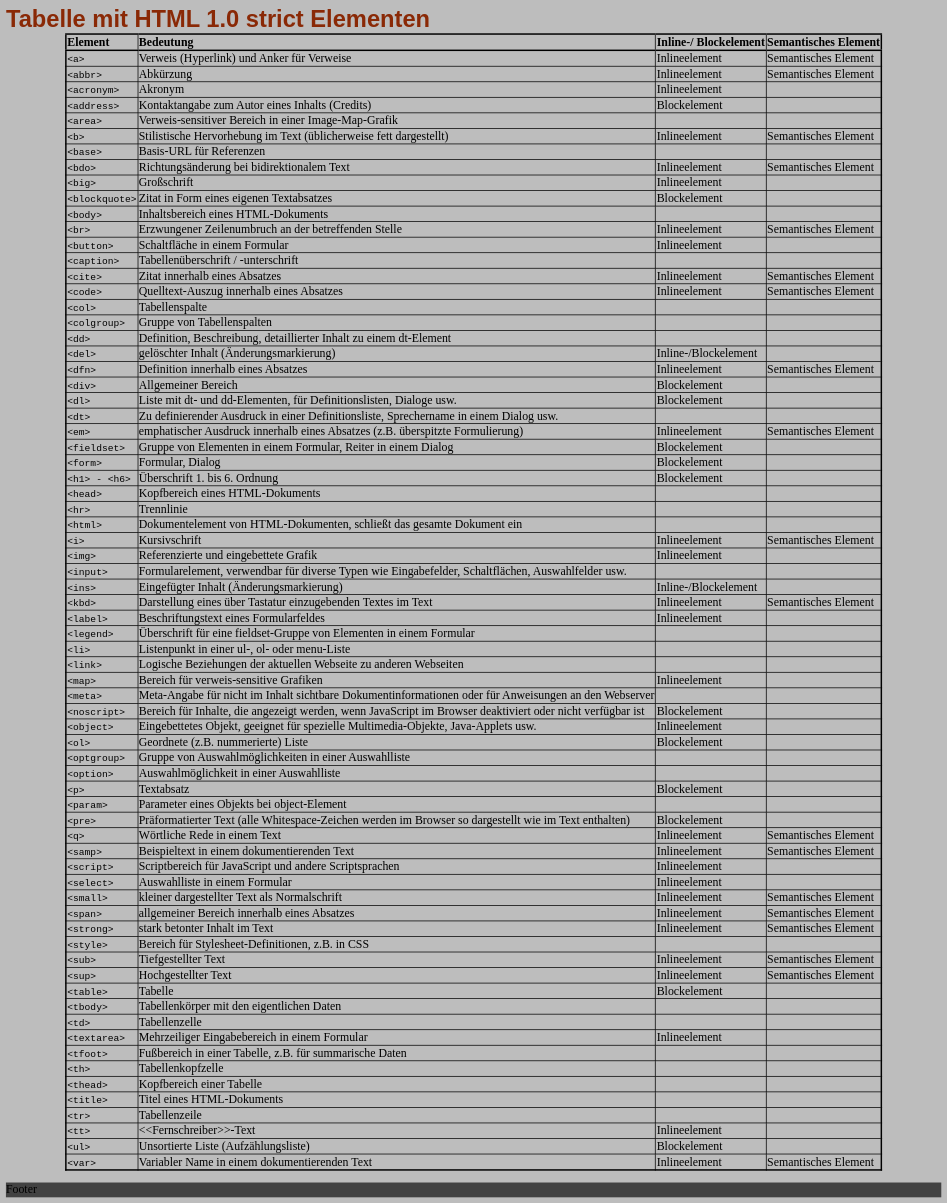
Repository: pLurchi/MyWebengineeringRepo
Page: RemoteSystemsTempFiles/HA-Kapitel06/WebContent/index.html
An editor plug-in stored every save of this project. The page is shown before and after the next save, followed by the edit.
The browser window is 1280 px wide. The pictures show the whole page, at 74% of full size.

Above is the page before, as saved 2013-11-30 10:14:05.

### RemoteSystemsTempFiles/HA-Kapitel06/WebContent/index.html
<?xml version="1.0" encoding="UTF-8" ?>
<!DOCTYPE html PUBLIC "-//W3C//DTD XHTML 1.0 Strict//EN" "http://www.w3.org/TR/xhtml1/DTD/xhtml1-strict.dtd">
<html xmlns="http://www.w3.org/1999/xhtml">
<head>
<meta http-equiv="Content-Type" content="text/html; charset=UTF-8" />
<link type="text/css" rel="stylesheet" href="CSS/stylesheet.css" />

<title>HA-Kapitel06</title>
</head>
<body>

<div id="headerdiv">
	<h1>Tabelle mit HTML 1.0 strict Elementen</h1>
</div>

<div id="bodydiv">
	<table class="wiki-content-table">

		<colgroup>
    		<col width="1*" />
    		<col width="4*" />
    		<col width="1*" />
		    <col width="1*" />
  		</colgroup>

		<tr>
			<th>Element</th>
			<th>Bedeutung</th>
			<th>Inline-/ Blockelement</th>
			<th>Semantisches Element</th>
		</tr>

		<tr>
			<td><tt>&lt;a&gt;</tt></td>
			<td>Verweis (Hyperlink) und Anker für Verweise</td>
			<td>Inlineelement</td>
			<td>Semantisches Element</td>
		</tr>
		<tr>
			<td><tt>&lt;abbr&gt;</tt></td>
			<td>Abkürzung</td>
			<td>Inlineelement</td>
			<td>Semantisches Element</td>
		</tr>
		<tr>
			<td><tt>&lt;acronym&gt;</tt></td>
			<td>Akronym</td>
			<td>Inlineelement</td>
			<td></td>
		</tr>
		<tr>
			<td><tt>&lt;address&gt;</tt></td>
			<td>Kontaktangabe zum Autor eines Inhalts (Credits)</td>
			<td>Blockelement</td>
			<td></td>
		</tr>
		<tr>
			<td><tt>&lt;area&gt;</tt></td>
			<td>Verweis-sensitiver Bereich in einer Image-Map-Grafik</td>
			<td></td>
			<td></td>
		</tr>
		<tr>
			<td><tt>&lt;b&gt;</tt></td>
			<td>Stilistische Hervorhebung im Text (üblicherweise fett dargestellt)</td>
			<td>Inlineelement</td>
			<td>Semantisches Element</td>
		</tr>
		<tr>
			<td><tt>&lt;base&gt;</tt></td>
			<td>Basis-URL für Referenzen</td>
			<td></td>
			<td></td>
		</tr>
		<tr>
			<td><tt>&lt;bdo&gt;</tt></td>
			<td>Richtungsänderung bei bidirektionalem Text</td>
			<td>Inlineelement</td>
			<td>Semantisches Element</td>
		</tr>
		<tr>
			<td><tt>&lt;big&gt;</tt></td>
			<td>Großschrift</td>
			<td>Inlineelement</td>
			<td></td>
		</tr>
		<tr>
			<td><tt>&lt;blockquote&gt;</tt></td>
			<td>Zitat in Form eines eigenen Textabsatzes</td>
			<td>Blockelement</td>
			<td></td>
		</tr>
		<tr>
			<td><tt>&lt;body&gt;</tt></td>
			<td>Inhaltsbereich eines HTML-Dokuments</td>
			<td></td>
			<td></td>
		</tr>
		<tr>
			<td><tt>&lt;br&gt;</tt></td>
			<td>Erzwungener Zeilenumbruch an der betreffenden Stelle</td>
			<td>Inlineelement</td>
			<td>Semantisches Element</td>
		</tr>
		<tr>
			<td><tt>&lt;button&gt;</tt></td>
			<td>Schaltfläche in einem Formular</td>
			<td>Inlineelement</td>
			<td></td>
		</tr>
		<tr>
			<td><tt>&lt;caption&gt;</tt></td>
			<td>Tabellenüberschrift / -unterschrift</td>
			<td></td>
			<td></td>
		</tr>
		<tr>
			<td><tt>&lt;cite&gt;</tt></td>
			<td>Zitat innerhalb eines Absatzes</td>
			<td>Inlineelement</td>
			<td>Semantisches Element</td>
		</tr>
		<tr>
			<td><tt>&lt;code&gt;</tt></td>
			<td>Quelltext-Auszug innerhalb eines Absatzes</td>
			<td>Inlineelement</td>
			<td>Semantisches Element</td>
		</tr>
		<tr>
			<td><tt>&lt;col&gt;</tt></td>
			<td>Tabellenspalte</td>
			<td></td>
			<td></td>
		</tr>
		<tr>
			<td><tt>&lt;colgroup&gt;</tt></td>
			<td>Gruppe von Tabellenspalten</td>
			<td></td>
			<td></td>
		</tr>
		<tr>
			<td><tt>&lt;dd&gt;</tt></td>
			<td>Definition, Beschreibung, detaillierter Inhalt zu einem dt-Element</td>
			<td></td>
			<td></td>
		</tr>
		<tr>
			<td><tt>&lt;del&gt;</tt></td>
			<td>gelöschter Inhalt (Änderungsmarkierung)</td>
			<td>Inline-/Blockelement</td>
			<td></td>
		</tr>
		<tr>
			<td><tt>&lt;dfn&gt;</tt></td>
			<td>Definition innerhalb eines Absatzes</td>
			<td>Inlineelement</td>
			<td>Semantisches Element</td>
		</tr>
		<tr>
			<td><tt>&lt;div&gt;</tt></td>
			<td>Allgemeiner Bereich</td>
			<td>Blockelement</td>
			<td></td>
		</tr>
		<tr>
			<td><tt>&lt;dl&gt;</tt></td>
			<td>Liste mit dt- und dd-Elementen, für Definitionslisten, Dialoge usw.</td>
			<td>Blockelement</td>
			<td></td>
		</tr>
		<tr>
			<td><tt>&lt;dt&gt;</tt></td>
			<td>Zu definierender Ausdruck in einer Definitionsliste, Sprechername in einem Dialog usw.</td>
			<td></td>
			<td></td>
		</tr>
		<tr>
			<td><tt>&lt;em&gt;</tt></td>
			<td>emphatischer Ausdruck innerhalb eines Absatzes (z.B. überspitzte Formulierung)</td>
			<td>Inlineelement</td>
			<td>Semantisches Element</td>
		</tr>
		<tr>
			<td><tt>&lt;fieldset&gt;</tt></td>
			<td>Gruppe von Elementen in einem Formular, Reiter in einem Dialog</td>
			<td>Blockelement</td>
			<td></td>
		</tr>
		<tr>
			<td><tt>&lt;form&gt;</tt></td>
			<td>Formular, Dialog</td>
			<td>Blockelement</td>
			<td></td>
		</tr>
		<tr>
			<td><tt>&lt;h1&gt; - &lt;h6&gt;</tt></td>
			<td>Überschrift 1. bis 6. Ordnung</td>
			<td>Blockelement</td>
			<td></td>
		</tr>
		<tr>
			<td><tt>&lt;head&gt;</tt></td>
			<td>Kopfbereich eines HTML-Dokuments</td>
			<td></td>
			<td></td>
		</tr>
		<tr>
			<td><tt>&lt;hr&gt;</tt></td>
			<td>Trennlinie</td>
			<td></td>
			<td></td>
		</tr>
		<tr>
			<td><tt>&lt;html&gt;</tt></td>
			<td>Dokumentelement von HTML-Dokumenten, schließt das gesamte Dokument ein</td>
			<td></td>
			<td></td>
		</tr>
		<tr>
			<td><tt>&lt;i&gt;</tt></td>
			<td>Kursivschrift</td>
			<td>Inlineelement</td>
			<td>Semantisches Element</td>
		</tr>
		<tr>
			<td><tt>&lt;img&gt;</tt></td>
			<td>Referenzierte und eingebettete Grafik</td>
			<td>Inlineelement</td>
			<td></td>
		</tr>
		<tr>
			<td><tt>&lt;input&gt;</tt></td>
			<td>Formularelement, verwendbar für diverse Typen wie Eingabefelder, Schaltflächen, Auswahlfelder usw.</td>
			<td></td>
			<td></td>
		</tr>
		<tr>
			<td><tt>&lt;ins&gt;</tt></td>
			<td>Eingefügter Inhalt (Änderungsmarkierung)</td>
			<td>Inline-/Blockelement</td>
			<td></td>
		</tr>
		<tr>
			<td><tt>&lt;kbd&gt;</tt></td>
			<td>Darstellung eines über Tastatur einzugebenden Textes im Text</td>
			<td>Inlineelement</td>
			<td>Semantisches Element</td>
		</tr>
		<tr>
			<td><tt>&lt;label&gt;</tt></td>
			<td>Beschriftungstext eines Formularfeldes</td>
			<td>Inlineelement</td>
			<td></td>
		</tr>
		<tr>
			<td><tt>&lt;legend&gt;</tt></td>
			<td>Überschrift für eine fieldset-Gruppe von Elementen in einem Formular</td>
			<td></td>
			<td></td>
		</tr>
		<tr>
			<td><tt>&lt;li&gt;</tt></td>
			<td>Listenpunkt in einer ul-, ol- oder menu-Liste</td>
			<td></td>
			<td></td>
		</tr>
		<tr>
			<td><tt>&lt;link&gt;</tt></td>
			<td>Logische Beziehungen der aktuellen Webseite zu anderen Webseiten</td>
			<td></td>
			<td></td>
		</tr>
		<tr>
			<td><tt>&lt;map&gt;</tt></td>
			<td>Bereich für verweis-sensitive Grafiken</td>
			<td>Inlineelement</td>
			<td></td>
		</tr>
		<tr>
			<td><tt>&lt;meta&gt;</tt></td>
			<td>Meta-Angabe für nicht im Inhalt sichtbare Dokumentinformationen oder für Anweisungen an den Webserver</td>
			<td></td>
			<td></td>
		</tr>
		<tr>
			<td><tt>&lt;noscript&gt;</tt></td>
			<td>Bereich für Inhalte, die angezeigt werden, wenn JavaScript im Browser deaktiviert oder nicht verfügbar ist</td>
			<td>Blockelement</td>
			<td></td>
		</tr>
		<tr>
			<td><tt>&lt;object&gt;</tt></td>
			<td>Eingebettetes Objekt, geeignet für spezielle Multimedia-Objekte, Java-Applets usw.</td>
			<td>Inlineelement</td>
			<td></td>
		</tr>
		<tr>
			<td><tt>&lt;ol&gt;</tt></td>
			<td>Geordnete (z.B. nummerierte) Liste</td>
			<td>Blockelement</td>
			<td></td>
		</tr>
		<tr>
			<td><tt>&lt;optgroup&gt;</tt></td>
			<td>Gruppe von Auswahlmöglichkeiten in einer Auswahlliste</td>
			<td></td>
			<td></td>
		</tr>
		<tr>
			<td><tt>&lt;option&gt;</tt></td>
			<td>Auswahlmöglichkeit in einer Auswahlliste</td>
			<td></td>
			<td></td>
		</tr>
		<tr>
			<td><tt>&lt;p&gt;</tt></td>
			<td>Textabsatz</td>
			<td>Blockelement</td>
			<td></td>
		</tr>
		<tr>
			<td><tt>&lt;param&gt;</tt></td>
			<td>Parameter eines Objekts bei object-Element</td>
			<td></td>
			<td></td>
		</tr>
		<tr>
			<td><tt>&lt;pre&gt;</tt></td>
			<td>Präformatierter Text (alle Whitespace-Zeichen werden im Browser so dargestellt wie im Text enthalten)</td>
			<td>Blockelement</td>
			<td></td>
		</tr>
		<tr>
			<td><tt>&lt;q&gt;</tt></td>
			<td>Wörtliche Rede in einem Text</td>
			<td>Inlineelement</td>
			<td>Semantisches Element</td>
		</tr>
		<tr>
			<td><tt>&lt;samp&gt;</tt></td>
			<td>Beispieltext in einem dokumentierenden Text</td>
			<td>Inlineelement</td>
			<td>Semantisches Element</td>
		</tr>
		<tr>
			<td><tt>&lt;script&gt;</tt></td>
			<td>Scriptbereich für JavaScript und andere Scriptsprachen</td>
			<td>Inlineelement</td>
			<td></td>
		</tr>
		<tr>
			<td><tt>&lt;select&gt;</tt></td>
			<td>Auswahlliste in einem Formular</td>
			<td>Inlineelement</td>
			<td></td>
		</tr>
		<tr>
			<td><tt>&lt;small&gt;</tt></td>
			<td>kleiner dargestellter Text als Normalschrift</td>
			<td>Inlineelement</td>
			<td>Semantisches Element</td>
		</tr>
		<tr>
			<td><tt>&lt;span&gt;</tt></td>
			<td>allgemeiner Bereich innerhalb eines Absatzes</td>
			<td>Inlineelement</td>
			<td>Semantisches Element</td>
		</tr>
		<tr>
			<td><tt>&lt;strong&gt;</tt></td>
			<td>stark betonter Inhalt im Text</td>
			<td>Inlineelement</td>
			<td>Semantisches Element</td>
		</tr>
		<tr>
			<td><tt>&lt;style&gt;</tt></td>
			<td>Bereich für Stylesheet-Definitionen, z.B. in CSS</td>
			<td></td>
			<td></td>
		</tr>
		<tr>
			<td><tt>&lt;sub&gt;</tt></td>
			<td>Tiefgestellter Text</td>
			<td>Inlineelement</td>
			<td>Semantisches Element</td>
		</tr>
		<tr>
			<td><tt>&lt;sup&gt;</tt></td>
			<td>Hochgestellter Text</td>
			<td>Inlineelement</td>
			<td>Semantisches Element</td>
		</tr>
		<tr>
			<td><tt>&lt;table&gt;</tt></td>
			<td>Tabelle</td>
			<td>Blockelement</td>
			<td></td>
		</tr>
		<tr>
			<td><tt>&lt;tbody&gt;</tt></td>
			<td>Tabellenkörper mit den eigentlichen Daten</td>
			<td></td>
			<td></td>
		</tr>
		<tr>
			<td><tt>&lt;td&gt;</tt></td>
			<td>Tabellenzelle</td>
			<td></td>
			<td></td>
		</tr>
		<tr>
			<td><tt>&lt;textarea&gt;</tt></td>
			<td>Mehrzeiliger Eingabebereich in einem Formular</td>
			<td>Inlineelement</td>
			<td></td>
		</tr>
		<tr>
			<td><tt>&lt;tfoot&gt;</tt></td>
			<td>Fußbereich in einer Tabelle, z.B. für summarische Daten</td>
			<td></td>
			<td></td>
		</tr>
		<tr>
			<td><tt>&lt;th&gt;</tt></td>
			<td>Tabellenkopfzelle</td>
			<td></td>
			<td></td>
		</tr>
		<tr>
			<td><tt>&lt;thead&gt;</tt></td>
			<td>Kopfbereich einer Tabelle</td>
			<td></td>
			<td></td>
		</tr>
		<tr>
			<td><tt>&lt;title&gt;</tt></td>
			<td>Titel eines HTML-Dokuments</td>
			<td></td>
			<td></td>
		</tr>
		<tr>
			<td><tt>&lt;tr&gt;</tt></td>
			<td>Tabellenzeile</td>
			<td></td>
			<td></td>
		</tr>
		<tr>
			<td><tt>&lt;tt&gt;</tt></td>
			<td>&lt;&lt;Fernschreiber&gt;&gt;-Text</td>
			<td>Inlineelement</td>
			<td></td>
		</tr>
		<tr>
			<td><tt>&lt;ul&gt;</tt></td>
			<td>Unsortierte Liste (Aufzählungsliste)</td>
			<td>Blockelement</td>
			<td></td>
		</tr>
		<tr>
			<td><tt>&lt;var&gt;</tt></td>
			<td>Variabler Name in einem dokumentierenden Text</td>
			<td>Inlineelement</td>
			<td>Semantisches Element</td>
		</tr>
	</table>
</div>

<div id="footerdiv">
	<p>Footer</p>
</div>

</body>
</html>

### RemoteSystemsTempFiles/HA-Kapitel06/WebContent/CSS/stylesheet.css
@CHARSET "UTF-8";

/*Main Stylesheet of Web Eng G1 */

/*Colors
	gray: #BDBDBD;
	dark-gray: #424242;
	dark-orange: #8A2906;
*/


body {
	background-color: #BDBDBD;
}

#headerdiv {
	display:block;
	margin:auto;
}

#bodydiv {
	display:block;
	margin:auto;
}

#footerdiv {
	display:block;
	clear:both;
	margin:auto;
	height: 20px;
	background-color:#424242;

}



h1 {
	margin:auto;
	font-family:sans-serif;
	color: #8A2906;
}

p {
	padding:auto;
}


table {
	border: 2px solid black;
	border-collapse: collapse;
	margin:auto;
}

th {
	border: 2px solid black;
	border-left: 1px solid black;
	border-right: 1px solid black;
	text-align: left;
	vertical-align:top;
}

td {
	border: 1px solid black;
	text-align: left;
	vertical-align:top;
}

After the next save:
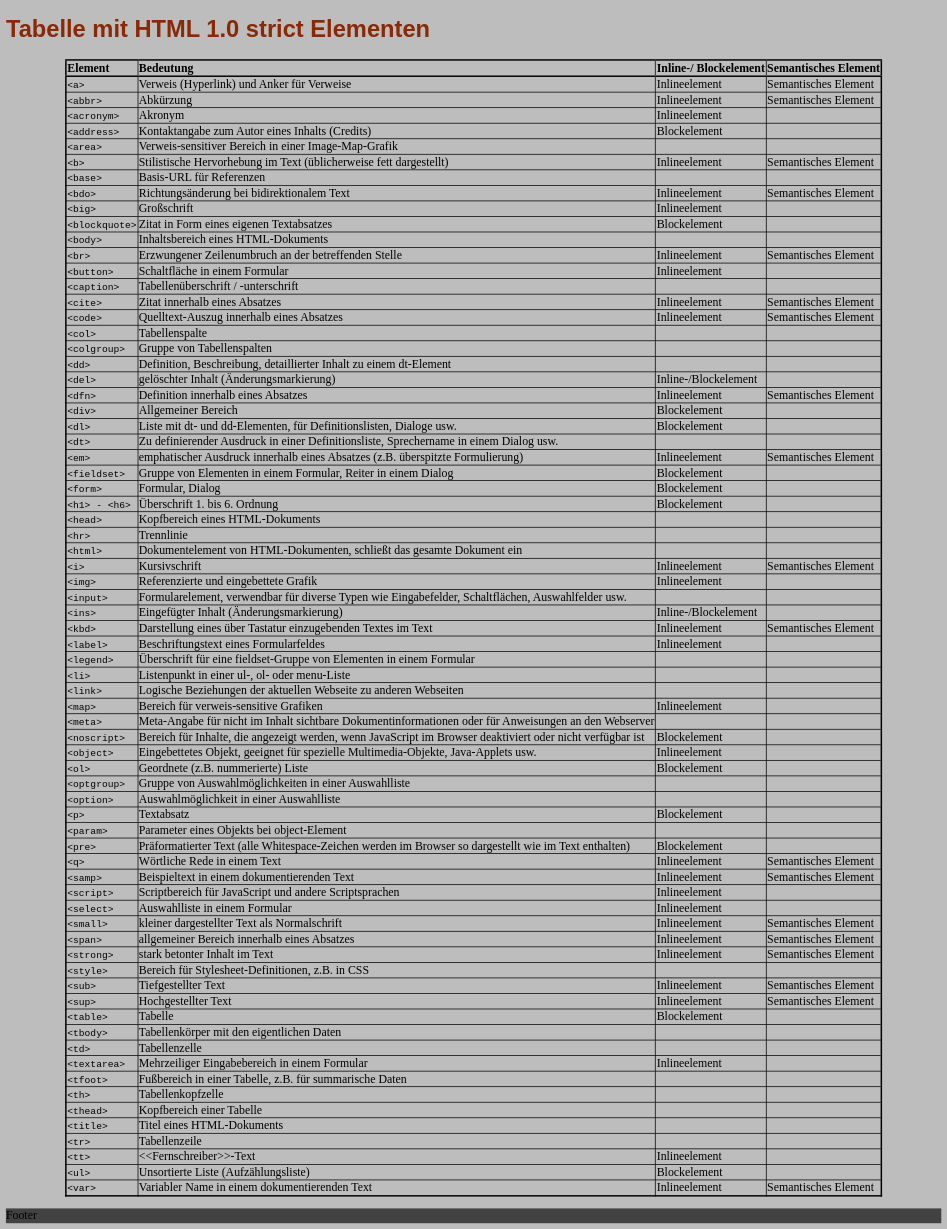
Saved 37 s later.
--- a/RemoteSystemsTempFiles/HA-Kapitel06/WebContent/CSS/stylesheet.css
+++ b/RemoteSystemsTempFiles/HA-Kapitel06/WebContent/CSS/stylesheet.css
@@ -35,13 +35,13 @@ body {
 
 
 h1 {
-	margin:auto;
+	align:auto;
 	font-family:sans-serif;
 	color: #8A2906;
 }
 
 p {
-	padding:auto;
+	align:auto;
 }
 
 
